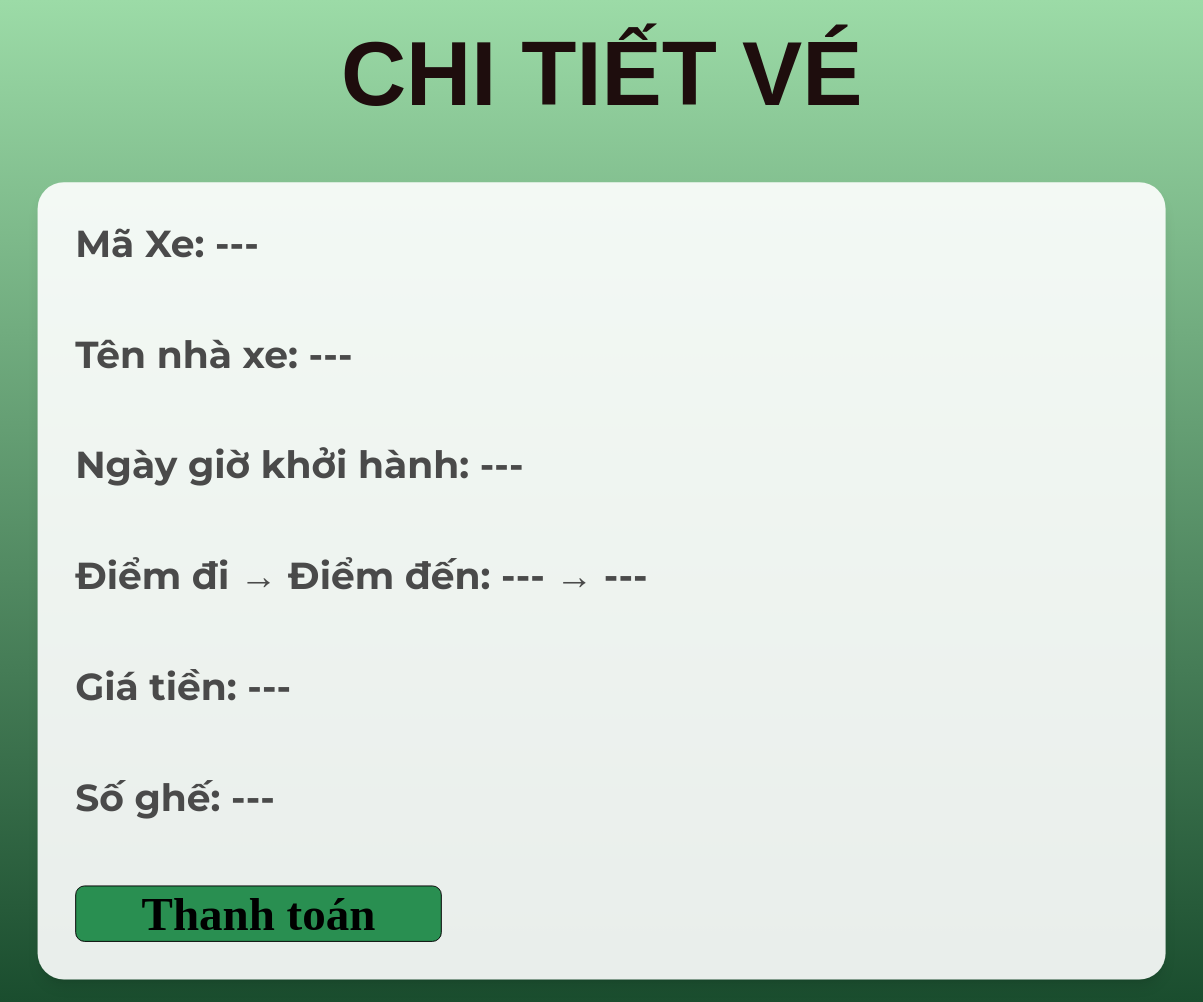
Repository: LearningSan/qlnxBE
Page: Loginservlet/src/main/webapp/Datvexe/chitietdatve.html
These files come from the project's save history. The page is drawn as it stood at one moment and after the next save; the edit follows.
The browser window is 1280 px wide. The pictures show the whole page, at 94% of full size.
Some web fonts or font styles are not loaded; a fallback is used.

Above is the page before, as saved 2025-05-16 07:53:41.

After the next save:
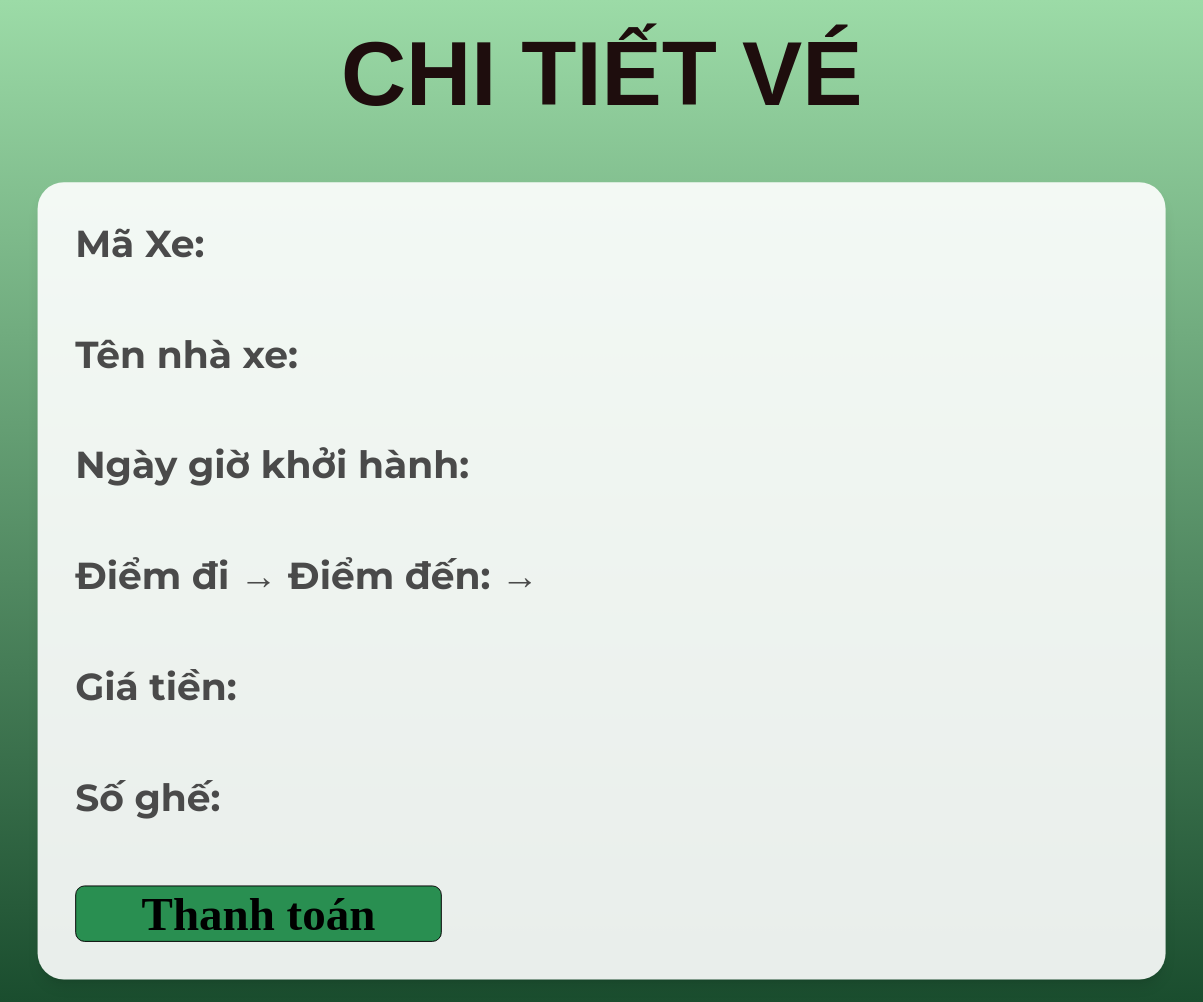
Console error: SyntaxError: Identifier 'giatien' has already been declared
Saved 3 min 44 s later.
--- a/Loginservlet/src/main/webapp/Datvexe/chitietdatve.html
+++ b/Loginservlet/src/main/webapp/Datvexe/chitietdatve.html
@@ -46,6 +46,7 @@
     const giatien = sessionStorage.getItem('giatien');
     const maghe = sessionStorage.getItem('maghe');
     const tennhaxe=sessionStorage.getItem('tenchuyen');
+    const giatien=sessionStorage.getItem('giatien');
     document.getElementById('diemdi').textContent = diemdi || '---';
     document.getElementById('diemden').textContent = diemden || '---';
     document.getElementById('thoigiankhoihanh').textContent = thoigiankhoihanh || '---';
@@ -53,6 +54,8 @@
     document.getElementById('soghe').textContent = maghe || '---';
     document.getElementById('maxe').textContent = machuyenxe || '---';
     document.getElementById('tennhaxe').textContent = tennhaxe || '---';
+    document.getElementById('giatien').textContent = giatien || '---';
+
     // Nếu cần, có thể dùng machuyenxe để truy vấn thêm từ database qua API
 });
 </script>

After the save that followed:
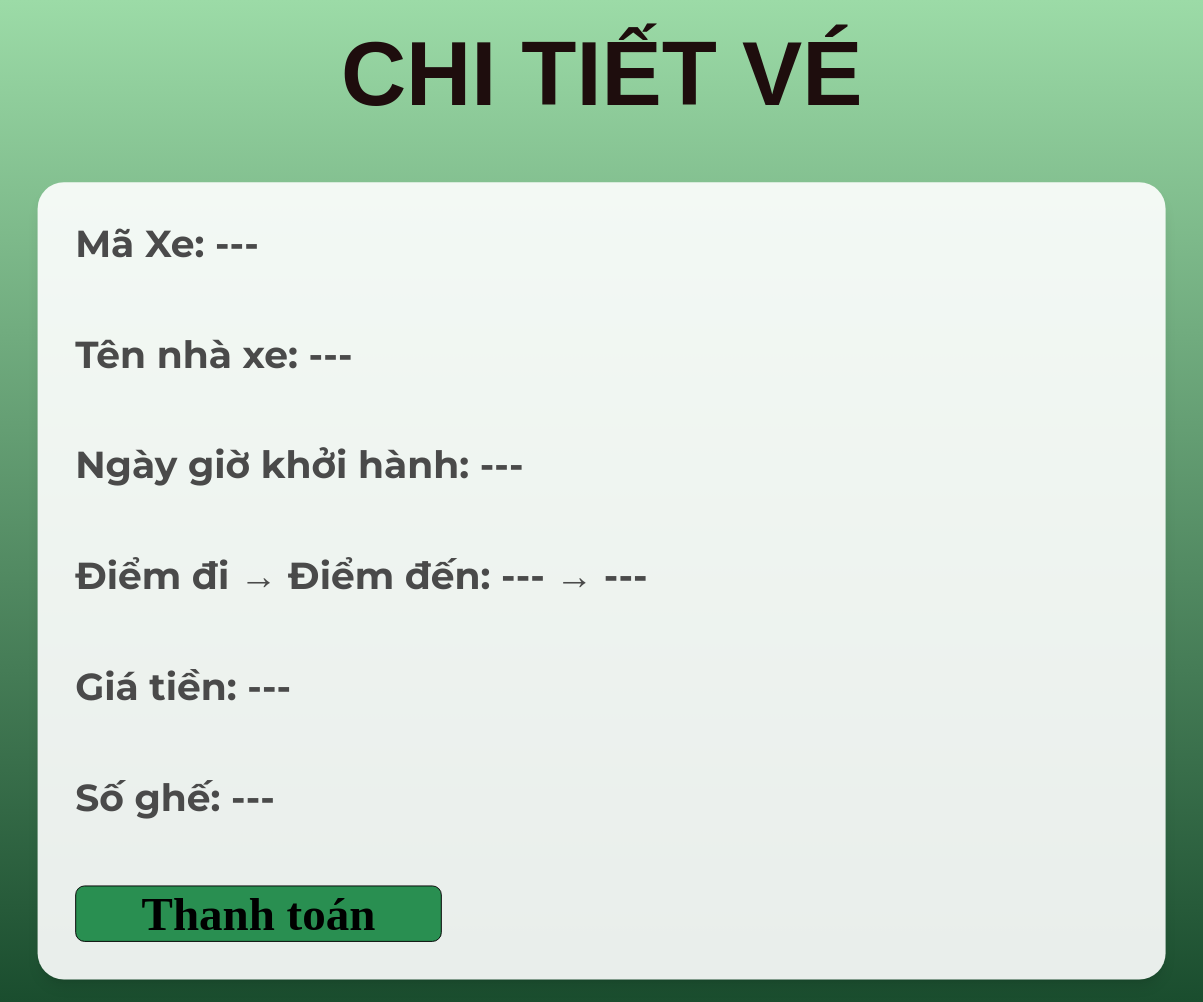
The error is gone.
Saved 2 min 18 s later.
--- a/Loginservlet/src/main/webapp/Datvexe/chitietdatve.html
+++ b/Loginservlet/src/main/webapp/Datvexe/chitietdatve.html
@@ -43,10 +43,9 @@
     const ngaydi = sessionStorage.getItem('ngaydi');
     const machuyenxe = sessionStorage.getItem('machuyen');
     const thoigiankhoihanh = sessionStorage.getItem('giokhoihanh');
-    const giatien = sessionStorage.getItem('giatien');
+    const giatien = sessionStorage.getItem('giave');
     const maghe = sessionStorage.getItem('maghe');
     const tennhaxe=sessionStorage.getItem('tenchuyen');
-    const giatien=sessionStorage.getItem('giatien');
     document.getElementById('diemdi').textContent = diemdi || '---';
     document.getElementById('diemden').textContent = diemden || '---';
     document.getElementById('thoigiankhoihanh').textContent = thoigiankhoihanh || '---';
@@ -54,7 +53,6 @@
     document.getElementById('soghe').textContent = maghe || '---';
     document.getElementById('maxe').textContent = machuyenxe || '---';
     document.getElementById('tennhaxe').textContent = tennhaxe || '---';
-    document.getElementById('giatien').textContent = giatien || '---';
 
     // Nếu cần, có thể dùng machuyenxe để truy vấn thêm từ database qua API
 });
